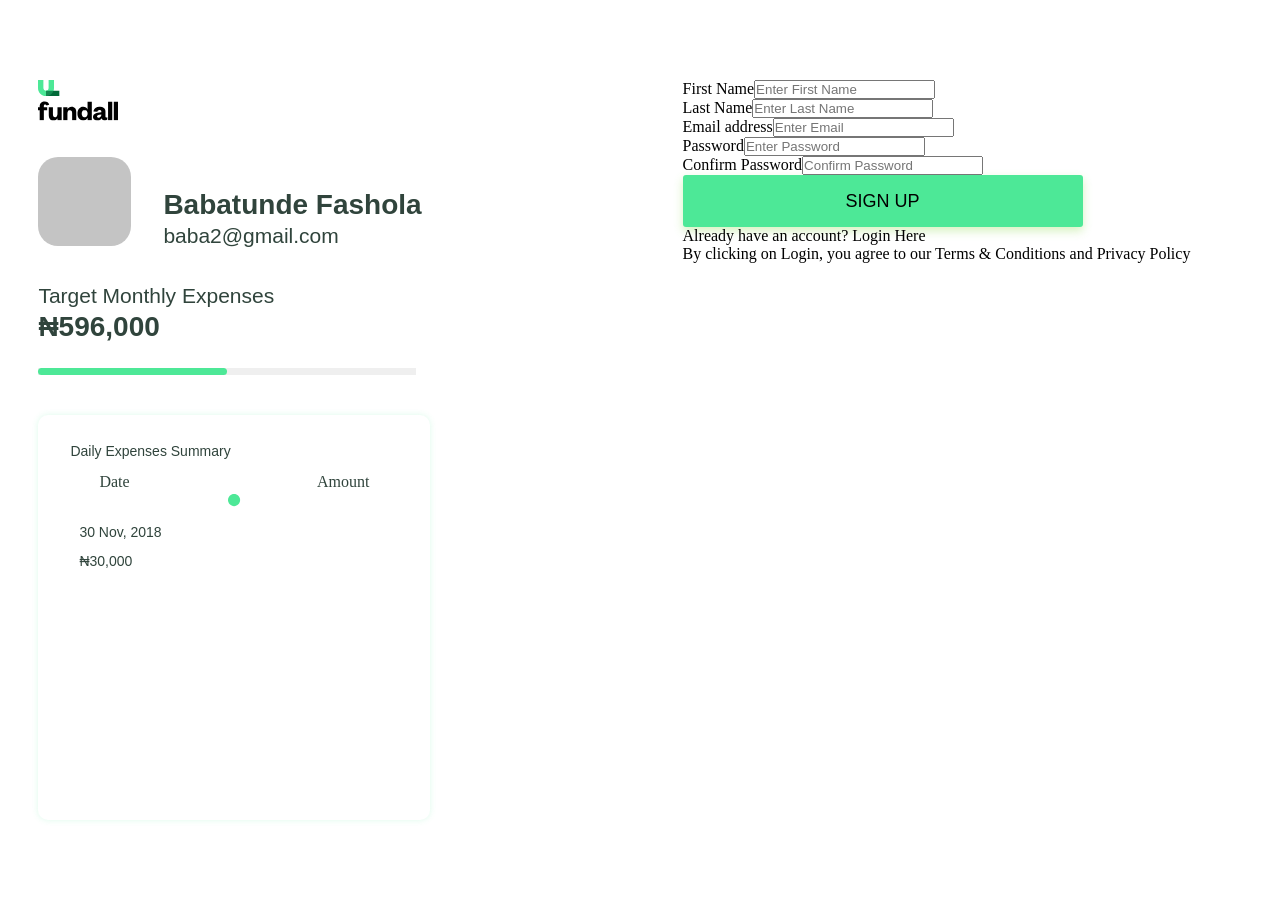
Repository: nilesjamex/niffty
Page: /dashboard
These files come from the project's save history. The page is drawn as it stood at one moment and after the next save; the edit follows.
The browser window is 1280 px wide. The pictures show the whole page.
The project was rebuilt for these pictures with package versions that can differ from the ones it lists, and the page was loaded fresh each time. Also part of the build but not shown: src/components/Nav.vue, src/views/Home.vue, src/views/SignUp.vue, src/views/Login.vue.

Above is the page before, as saved 2022-04-17 09:16:08.

### src/main.js
import { createApp } from 'vue'
import App from './App.vue'
import router from './router'
import '@/styles/global.scss'

createApp(App).use(router).mount('#app')

### src/App.vue
<template>

  <router-view/>
</template>
<script>
// @ is an alias to /src

export default {
  components: {
  }
}
</script>
<style lang="scss">


#nav {
  padding: 30px;

  a {
    font-weight: bold;
    color: #2c3e50;

    &.router-link-exact-active {
      color: #42b983;
    }
  }
}
</style>

### src/router/index.js
import { createRouter, createWebHistory } from 'vue-router'
import Home from '../views/Home.vue';
import SignUp from '../views/SignUp.vue';
import Login from '../views/Login.vue';
import Dashboard from '../views/Dashboard.vue';

const routes = [
  {
    path: '/',
    name: 'Home',
    component: Home
  },
  {
    path: '/signup',
    name: 'signup',
    component: SignUp
  },
  {
    path: '/login',
    name: 'login',
    component: Login
  },
  {
    path: '/dashboard',
    name: 'dashboard',
    component: Dashboard
  }
]

const router = createRouter({
  history: createWebHistory(process.env.BASE_URL),
  routes
})

export default router

### src/styles/global.scss
@import './variables';
@import './mixins.scss';
@import './_typography.scss';
* {
    margin: 0;
    padding: 0;
    box-sizing: border-box;
    max-width: 100vw;
}
@font-face {
    font-family: "CircularStd";
    src: local(CircularStd) url(../fonts/circular-std-medium-500.ttf) format(opentype);
}
input {
    outline: none;
}
button {
    border: none;
    outline: none;
}
a {
    color: inherit;
    text-decoration: none;
}
li {
    list-style: none;
}
.button--signup {
    width: 98.01px;
    height: 42px;
    background: $access-bg;
    border-radius: 10px;
    @include flex(center, center);
    @include access {

    }
}
.button--submit {
    width: 400px;
    height: 52px;
    background: #4DE897;
    box-shadow: 0px 4px 10px rgba(118, 212, 45, 0.3);
    border-radius: 3px;
    @include flex(center, center);
    @include access;
}

### src/views/Dashboard.vue
<template>
   <section class="signup">
      <div class="signup--box">
          <div class="signup--intro">
              <div class="signup--intro--logo">
                  <img src="@/assets/logo.svg" alt="">
              </div>
              <div class="signup--intro--content">
                  <div class="signup--intro--content--profile">
                    <div class="signup--intro--content--profile--image">
                      <img src="@/assets/pfp.svg" alt="">
                    </div>
                    <div class="signup--intro--content--profile--text">
                      <h4>
                        Babatunde Fashola
                      </h4>
                      <p>
                        baba2@gmail.com
                      </p>
                    </div>
                  </div>
                  <div class="signup--intro--content--expense">
                    <p>
                      Target Monthly Expenses
                    </p>
                    <h2>
                      ₦596,000
                    </h2>
                    <div class="percent">
                      <div class="line1"></div>
                      <div class="line2"></div>
                    </div>
                  </div>
                  <div class="signup--intro--content--tab">
                    <p>
                      Daily Expenses Summary
                    </p>
                    <div class="signup--intro--content--tab--summary">
                      <div class="signup--intro--content--tab--summary--heading">
                        <p>Date</p>
                      <p>Amount</p>
                      </div>
                      <div class="signup--intro--content--tab--summary--content">
                        <svg width="13" height="13" viewBox="0 0 13 13" fill="none" xmlns="http://www.w3.org/2000/svg">
<path fill-rule="evenodd" clip-rule="evenodd" d="M6.06372 12.1274C9.41262 12.1274 12.1274 9.41262 12.1274 6.06372C12.1274 2.71482 9.41262 0 6.06372 0C2.71482 0 0 2.71482 0 6.06372C0 9.41262 2.71482 12.1274 6.06372 12.1274Z" fill="#4DE897"/>
</svg>
                        <p>30 Nov, 2018</p>
                      <p>₦30,000</p>
                      </div>
                    </div>
                  </div>
              </div>
          </div>
          <!-- form -->
          <div class="signup--form">
              <form action="">
                  <div class="signup--form--container">
                      <div class="signup--form--name--box">
                          <div class="signup--form--name">
                              <label>First Name</label>
                              <input type="text" name="" placeholder="Enter First Name" id="">
                          </div>
                          <div class="signup--form--name">
                              <label>Last Name</label>
                              <input type="text" name="" placeholder="Enter Last Name" id="">
                          </div>
                      </div>
                      <div class="signup--form--input">
                          <label>Email address</label>
                          <input type="email" name="" placeholder="Enter Email" id="">
                      </div>
                      <div class="signup--form--input">
                          <label>Password</label>
                          <input type="password" name="" placeholder="Enter Password" id="">
                      </div>
                      <div class="signup--form--input">
                          <label>Confirm Password</label>
                          <input type="password" name="" placeholder="Confirm Password" id="">
                      </div>
                      <button class="button--submit">
                          SIGN UP
                      </button>
                      <div class="signup--form--login">
                          <p>
                              Already have an account? <span><a href="/login">Login Here</a></span>
                          </p>
                      </div>
                  </div>
              </form>
               <div class="signup--form--terms">
              <p>
                  By clicking on Login, you agree to our <span>Terms & Conditions and Privacy Policy</span>
              </p>
          </div>
          </div>
      </div>
  </section>
</template>

<script>
export default {

}
</script>

<style scoped lang="scss">
@import '@/styles/mixins.scss';
@import '@/styles/_variables.scss';
@import '@/styles/_typography.scss';
.signup {
    padding: 5rem 7% 5rem 3%;
    background: #FFFFFF;
}
.signup--box {
    @include flex(space-between,);
}
.signup--intro--content {
    width: 392px;
    margin-top: 2rem;
    text-align: center;
}
.signup--intro--content--profile {
  display: flex;
  gap: 2rem;
}
.signup--intro--content--profile--text {
  align-self: flex-end;
  text-align: left;
  h4 {
    @include name;
  }
  p {
    margin: 0rem 0 0.05rem 0;
    @include email;
  }
}
.signup--intro--content--expense {
  margin-top: 2rem;
  text-align: left;
  p {
    @include email;
  }
  h2 {
    @include name;
  }
}
.percent {
  width: 378px;
  position: relative;
  height: 7px;
  border-radius: 10px;
  margin: 1.5rem 0 2.5rem 0;
  .line1 {
    width: 100%;
    height: 7px;
    background: #EFEFEF;
    position: absolute;
  }
  .line2 {
    position: absolute;
    z-index: 2;
    height: 7px;
    width: 50%;
    background: #4DE897;
    border-radius: 10px;
  }
}
.signup--intro--content--tab {
  background: #FFFFFF;
  box-shadow: 0px 0px 6px rgba(77, 232, 151, 0.19);
  border-radius: 10px;
  width: 392px;
  height: 405px;
  padding: 1rem 2rem;
  p {
    text-align: left;
    margin-top: 0.7rem;
    @include expense {

    }
  }
}
.signup--intro--content--tab--summary {
  width: 310px;
  margin: 0 auto;
}
.signup--intro--content--tab--summary--heading {
  margin-top: 1.5rem;
  width: 270px;
  margin: 0 auto;
  @include flex(space-between,);
  p {
    @include login {
      color: #30443C;
    }
  }
}
</style>

### src/styles/_variables.scss
// colors
$access-bg: #4CE895;

### src/styles/mixins.scss
@mixin flex($justify: flex-start, $align: flex-start) {
    display: flex;
    justify-content: $justify;
    align-items: $align;
}

### src/styles/_typography.scss
@mixin access {
    font-family: 'CircularStd', sans-serif;
    font-size: 1.125rem;
    line-height: 23px;
    color: #000000;
    @content;
}
@mixin heading1 {
    font-family: 'CircularStd', sans-serif;
    font-size: 2.5rem;
    line-height: 51px;
    color: #000000;
    @content;
}
@mixin heading2 {
    font-family: 'CircularStd', sans-serif;
    font-size: 1.5rem;
    line-height: 30px;
    color: #000000;
    @content;
}
@mixin caption {
    font-family: 'CircularStd', sans-serif;
    font-size: 1.3rem;
    line-height: 27px;
    color: #000000;
    @content;
}
@mixin input {
    font-family: 'CircularStd', sans-serif;
    font-style: normal;
    font-size: 18px;
    line-height: 23px;
    color: #30443C;
    @content;
}
@mixin placeholder {
    font-family: 'Nunito Sans';
    font-style: normal;
    font-weight: 400;
    font-size: 18px;
    line-height: 25px;
    color: #30443C;
    mix-blend-mode: normal;
    opacity: 0.5;
    @content;
}
@mixin login {
    font-family: 'Nunito Sans';
    font-style: normal;
    font-weight: 400;
    font-size: 16px;
    line-height: 22px;
    color: #1B2420;
    @content;
}
@mixin holla {
    font-family: 'CircularStd', sans-serif;
    font-style: normal;
    font-size: 34px;
    line-height: 43px;
    color: #1B2420;
    @content;
}
@mixin holla-sign {
    font-family: 'CircularStd', sans-serif;
    font-style: normal;
    font-size: 20px;
    line-height: 25px;
    color: #30443C;
    @content;
}
@mixin name {
    font-family: 'CircularStd', sans-serif;
    font-style: normal;
    font-size: 28px;
    line-height: 35px;
    color: #30443C;
    @content;
}
@mixin email {
    font-family: 'CircularStd', sans-serif;
    font-style: normal;
    font-size: 21px;
    line-height: 27px;
    color: #30443C;
    @content;
}
@mixin expense {
    font-family: 'CircularStd', sans-serif;
    font-style: normal;
    font-size: 14px;
    line-height: 18px;
    color: #30443C;
    @content;
}

Loaded but not shown: public/index.html (common file)

After the next save:
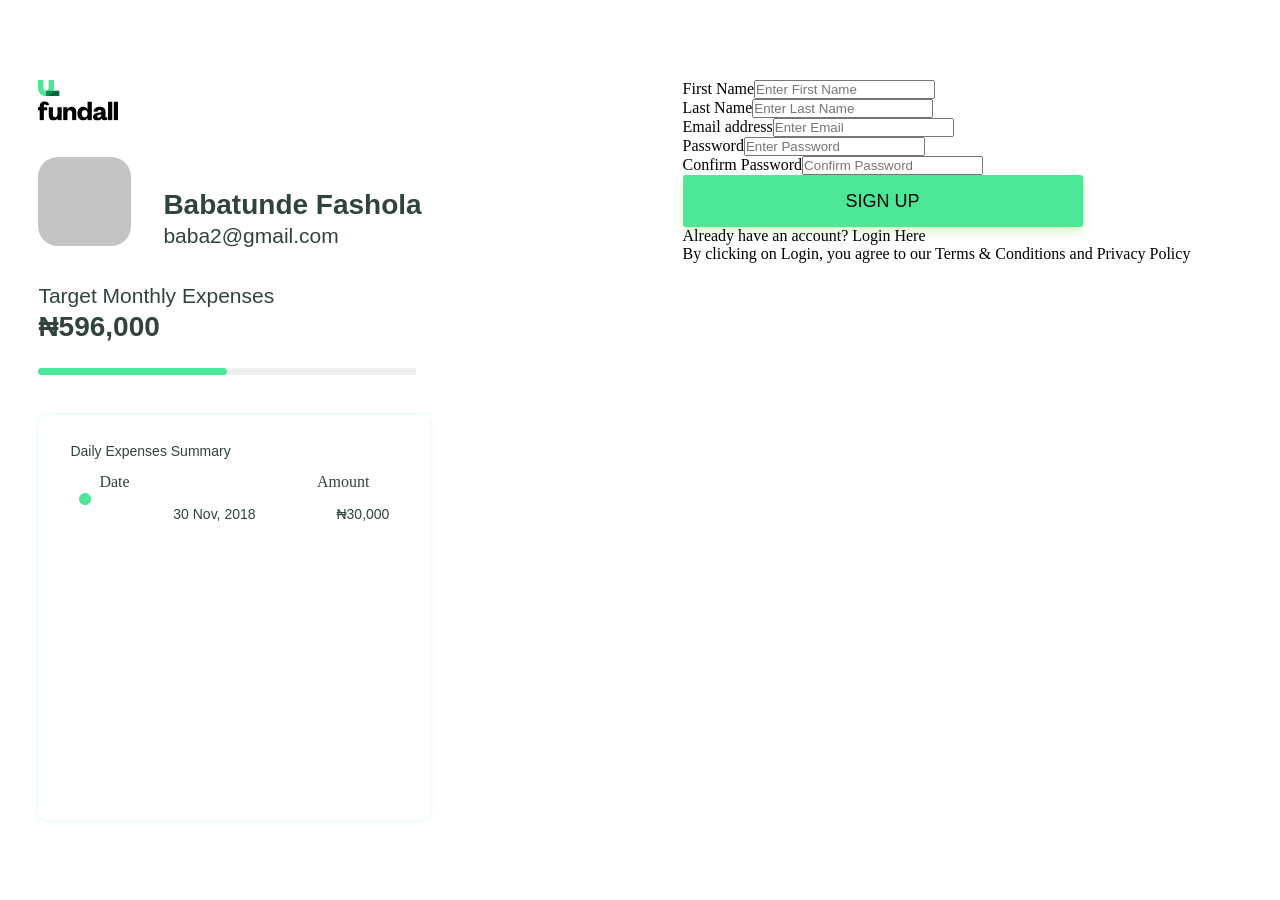
Saved 2 min 37 s later.
--- a/src/views/Dashboard.vue
+++ b/src/views/Dashboard.vue
@@ -195,4 +195,7 @@ export default {
     }
   }
 }
+.signup--intro--content--tab--summary--content {
+  @include flex(space-between,);
+}
 </style>
